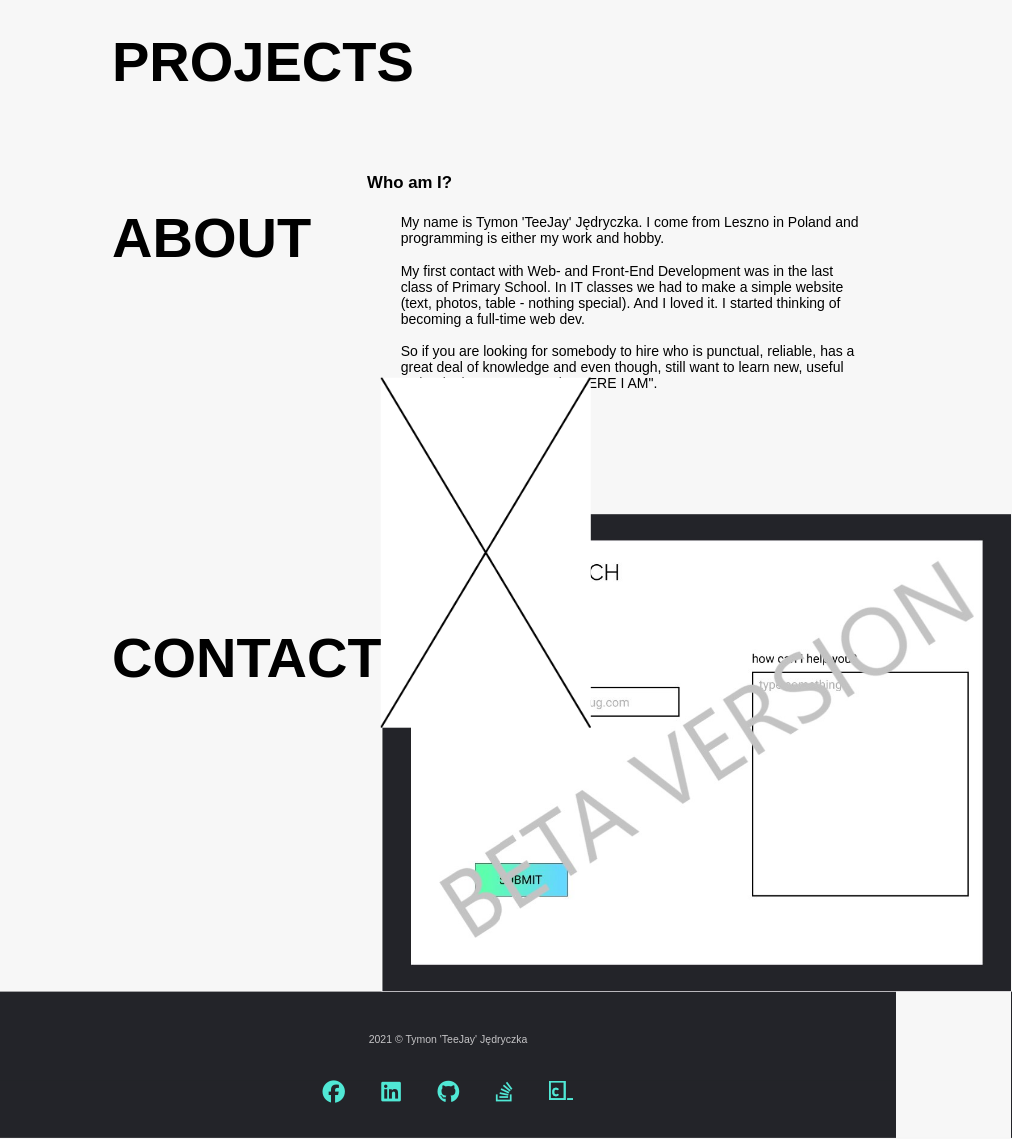
Repository: TeeJaysDev/Portfolio
Page: index.html
The author's editor kept a copy of each file at every save. The page is drawn from the files as they stood at one save, then again after a run of saves.
The browser window is 1280 px wide. The page is 1445 px wide, so the pictures cover 1445 px, including what lies to the right of the window. The pictures show the part of the page from y = 1862 to 3542 px (the page is 3489 px tall before and 3741 px after), at 70% of full size.
Some web libraries are served in a nearby version.

Above is the page before, as saved 2021-05-04 21:34:44.

After the next 2 saves:
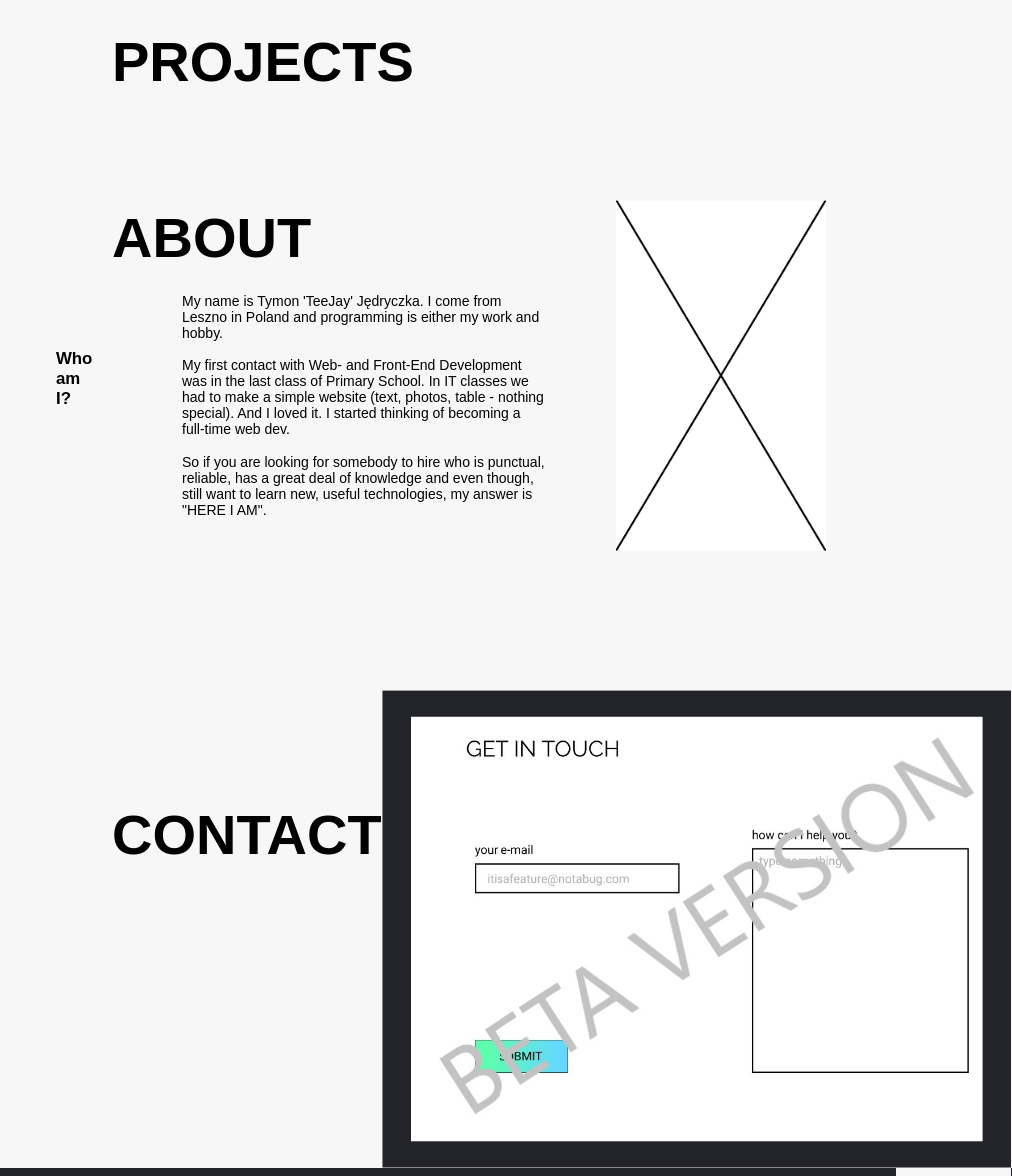
The 2 saves are shown as one change because they came seconds apart.
The last was saved 6 s later.
--- a/style.css
+++ b/style.css
@@ -122,7 +122,7 @@ main h1 {
     margin-top: 10rem;
 }
 
-#about  {
+#about .container {
     display: flex;
     height: 600px;
     width: 100%;
